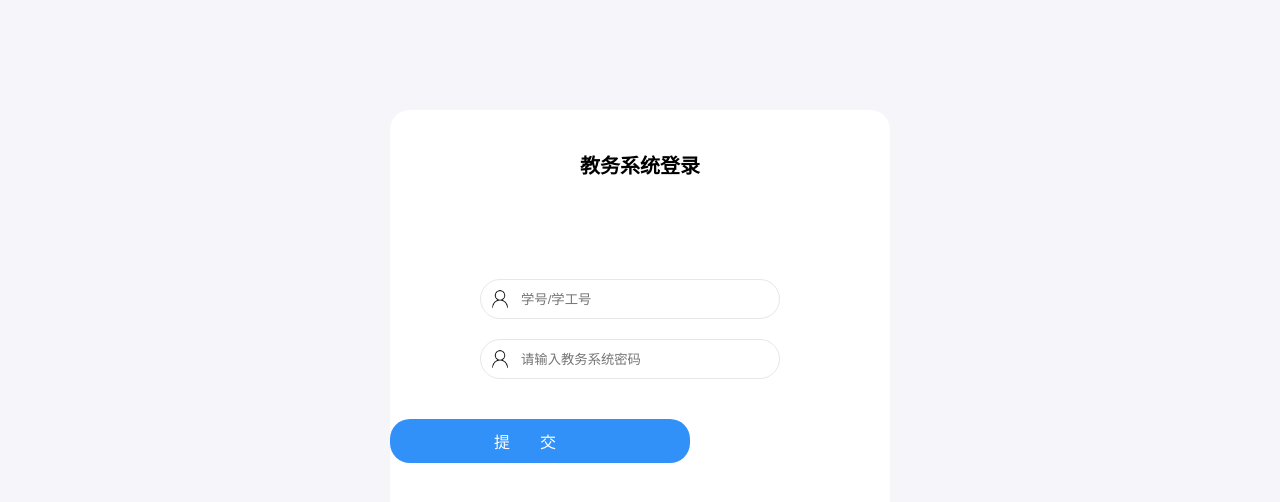
Repository: yangziteng/System
Page: / (app in myreact/)
These files come from the project's save history. The page is drawn as it stood at one moment and after the next save; the edit follows.
The browser window is 1280 px wide. The pictures show the whole page.
The project was rebuilt for these pictures with package versions that can differ from the ones it lists, and the page was loaded fresh each time. Also part of the build but not shown: myreact/vite.config.js, myreact/src/App.css, myreact/src/App.jsx, myreact/src/log.jsx.

Above is the page before, as saved 2022-07-08 12:58:37.

After the next save:
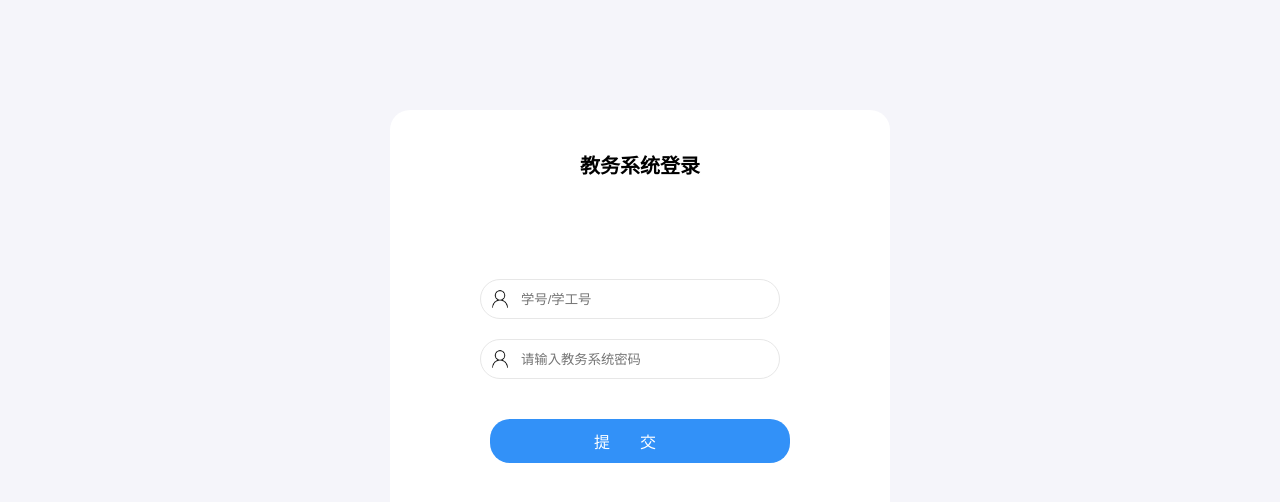
Saved 18 s later.
--- a/myreact/src/pages/Login/Login.css
+++ b/myreact/src/pages/Login/Login.css
@@ -66,7 +66,7 @@ input{
     padding: 10px 0px;
     text-align: center;
     color:white;
+    margin:0 auto;
     margin-top:40px;
-    display: flex;
-    justify-content: center;
+
 }
